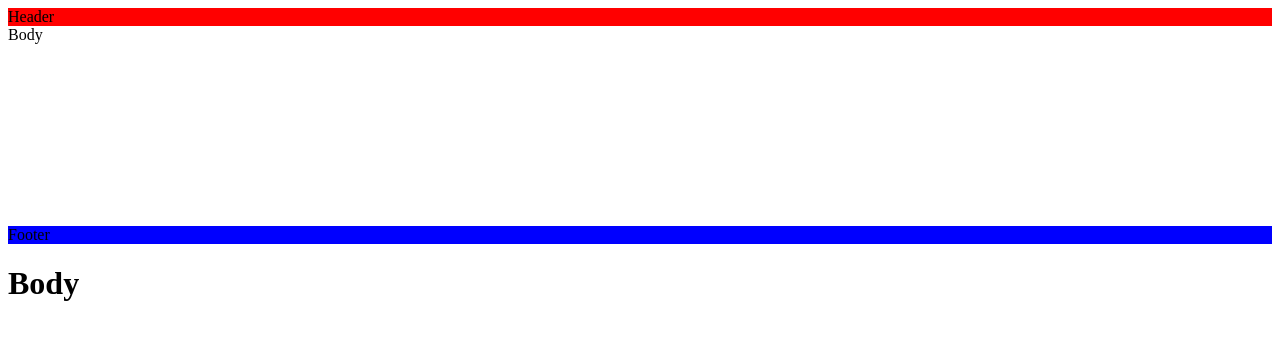
Repository: ayano-ogawa/samurai_HTML-CSS
Page: example.html
The author's editor kept a record of every edit. The page is drawn from the files as they stood at one moment, then again after the next edit.
The browser window is 1280 px wide. The pictures show the whole page.

Above is the page before.

### example.html
<html lang="ja">
    <head>
        <style>
            header {
                background-color: red;
            }
            footer {
                background-color: blue;
            }
            .size {
                height: 200px;
            }

        </style>
    </head>
    <body>
        <header>
            Header
        </header>
        <div class="size">
            Body
        </div>
        <footer>
            Footer
        </footer>
        <h1>Body</h1>
    </body>
</html>

After the next edit:
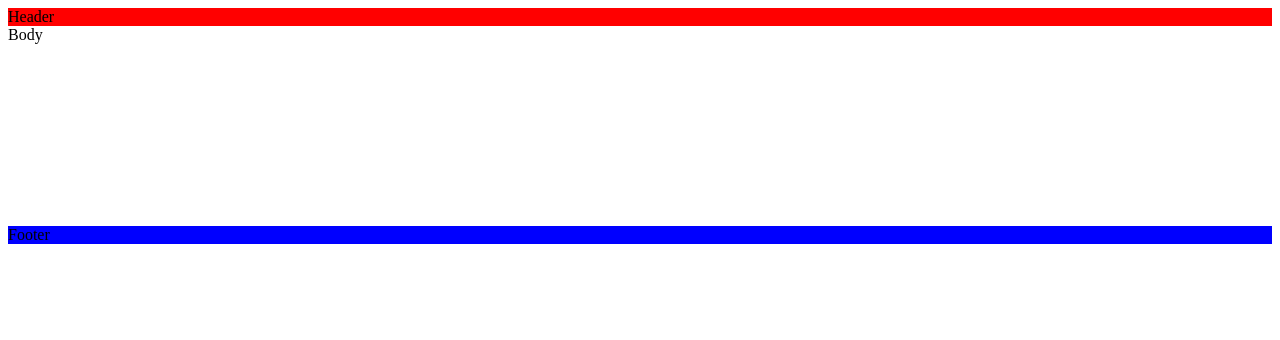
The edit:
--- a/example.html
+++ b/example.html
@@ -23,6 +23,5 @@
         <footer>
             Footer
         </footer>
-        <h1>Body</h1>
     </body>
 </html>
